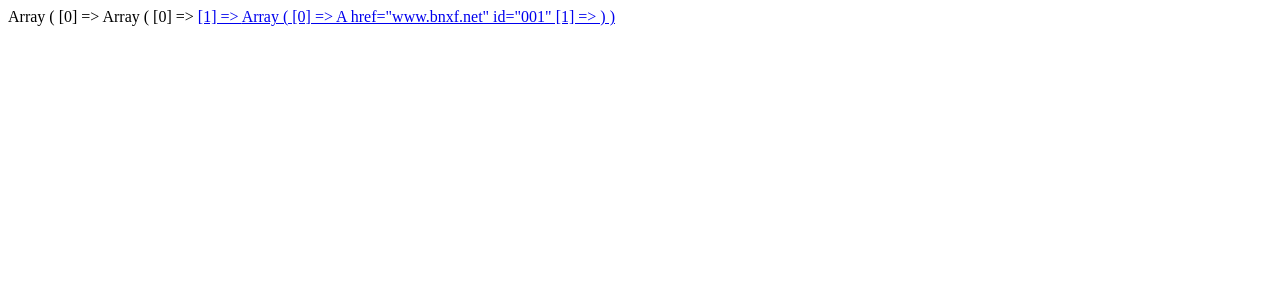
Repository: zhoushouzhan/qiye
Page: http://localhost/admin/c.php
These files come from the project's save history. The page is drawn as it stood at one moment and after the next save; the edit follows.
The browser window is 1280 px wide. The pictures show the whole page.
The page is run by PHP 8.4 with error messages shown; the project is at /var/www/html/.

Above is the page before, as saved 2022-09-06 10:55:31.

### public/c.php
<?php
/*
 * @Author: 一品网络技术有限公司
 * @Date: 2022-06-29 19:56:16
 * @LastEditTime: 2022-09-06 10:54:40
 * @FilePath: \web\public\c.php
 * @Description:
 * 联系QQ:58055648
 * Copyright (c) 2022 by 东海县一品网络技术有限公司, All Rights Reserved.
 */




$str = '<A href="www.bnxf.net" id="001">测试</a>';

preg_match_all('/[\<*\>$](.*?)[<\/*>]/i', $str, $res);

print_r($res);

After the next save:
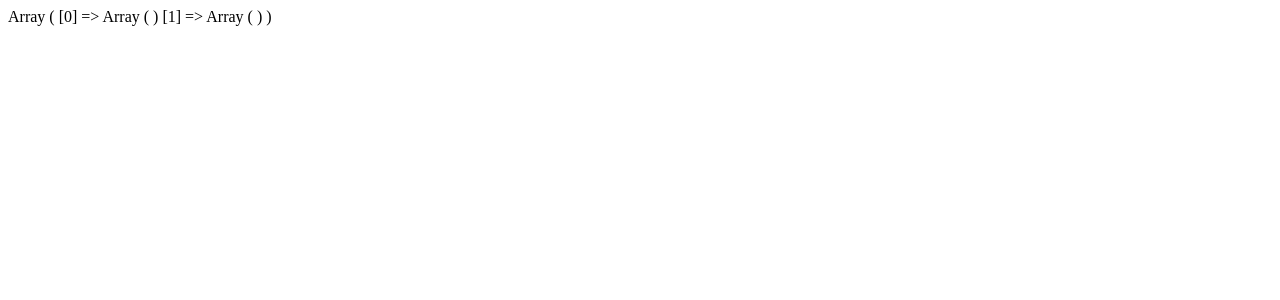
Saved 48 s later.
--- a/public/c.php
+++ b/public/c.php
@@ -14,6 +14,6 @@
 
 $str = '<A href="www.bnxf.net" id="001">测试</a>';
 
-preg_match_all('/[\<*\>$](.*?)[<\/*>]/i', $str, $res);
+preg_match_all('/\<*\>$(.*?)[<\/*>]/i', $str, $res);
 
 print_r($res);

After the 6 saves that followed:
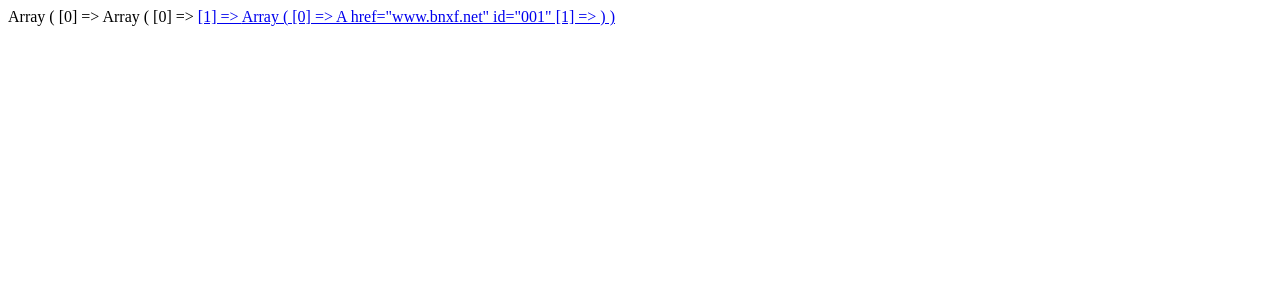
The 6 saves are shown as one change because 2 left the picture as it was and some came seconds apart.
The last was saved 22 s later.
--- a/public/c.php
+++ b/public/c.php
@@ -14,6 +14,6 @@
 
 $str = '<A href="www.bnxf.net" id="001">测试</a>';
 
-preg_match_all('/\<*\>$(.*?)[<\/*>]/i', $str, $res);
+preg_match_all('/[\<*\>$](.*?)[<\/*>]/i', $str, $res);
 
 print_r($res);
